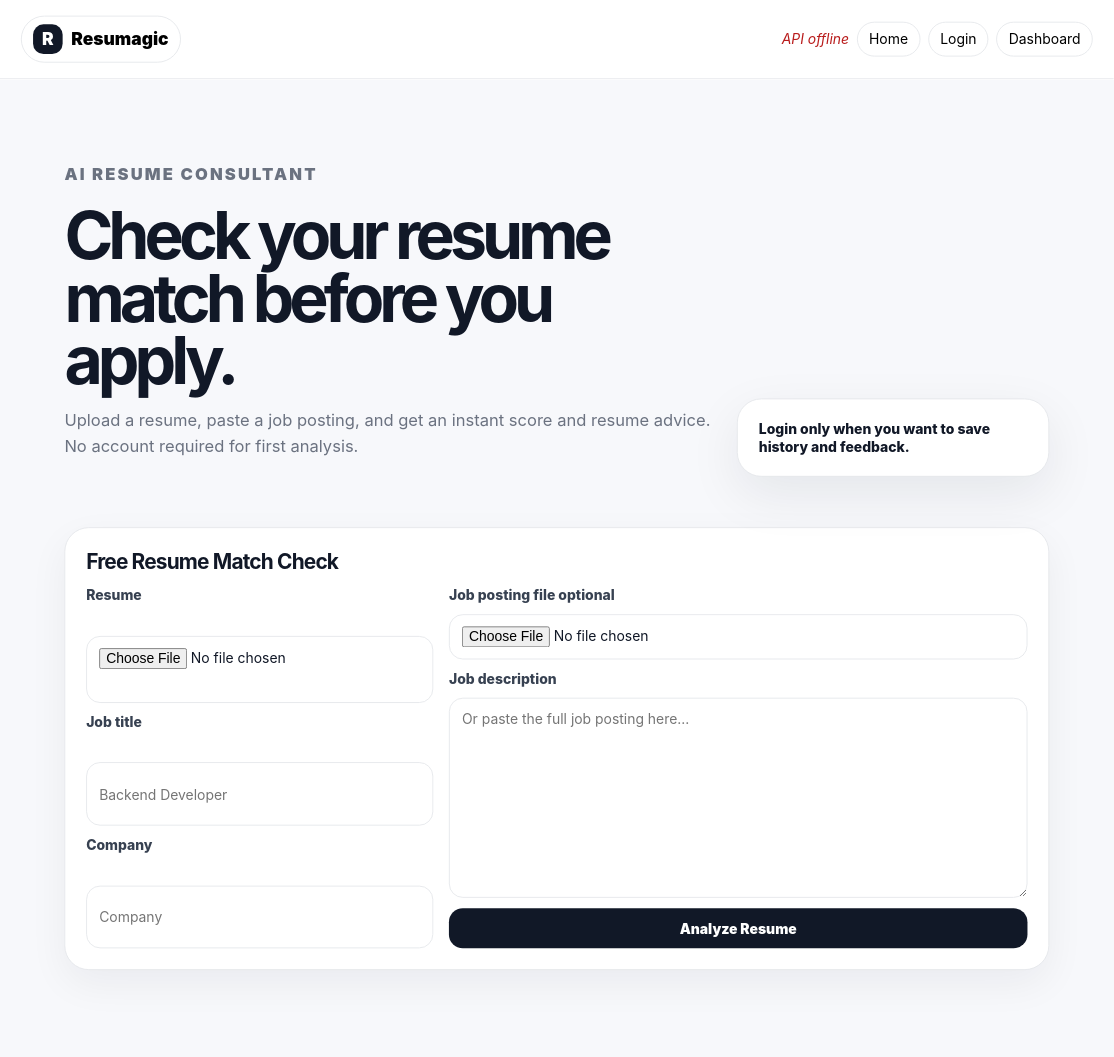
Repository: hkpark97/resume_builder
Page: / (app in frontend/)
The author's editor kept a copy of each file at every save. The page is drawn from the files as they stood at one save, then again after the next save.
The browser window is 1280 px wide. The pictures show the whole page, at 87% of full size.
The page's requests for data from a server got no answer. The project was rebuilt for these pictures with package versions that can differ from the ones it lists, and the page was loaded fresh each time. No one was signed in, and anything a server would have sent is missing.

Above is the page before, as saved 2026-05-05 15:09:03.

After the next save:
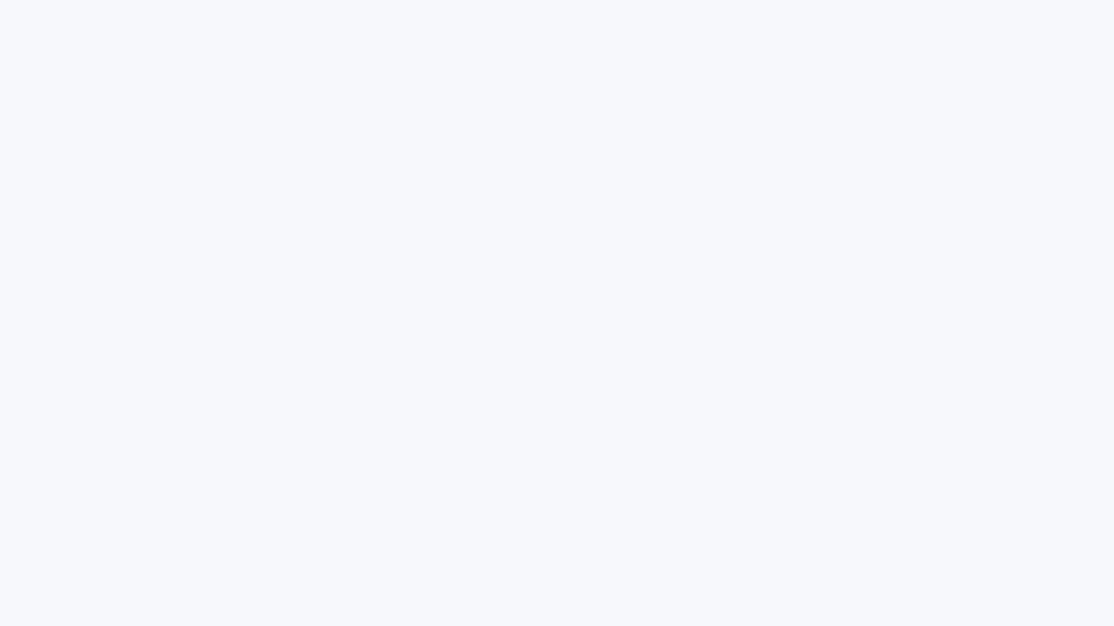
Console error: ReferenceError: res is not defined
Saved 25 s later.
--- a/frontend/src/main.jsx
+++ b/frontend/src/main.jsx
@@ -5,10 +5,10 @@
 
 function App() {
   const params = new URLSearchParams(window.location.search);
-  const resetTokemFromUrl = params.get("token");
+  const resetTokenFromUrl = params.get("token");
   const resetEmailFromUrl = params.get("email");
 
-  const [page, setPage] = useState("home");
+  const [page, setPage] = useState(res);
   const [token, setTokenState] = useState(getToken());
   const [user, setUser] = useState(null);
   const [status, setStatus] = useState("checking");

After the 3 saves that followed:
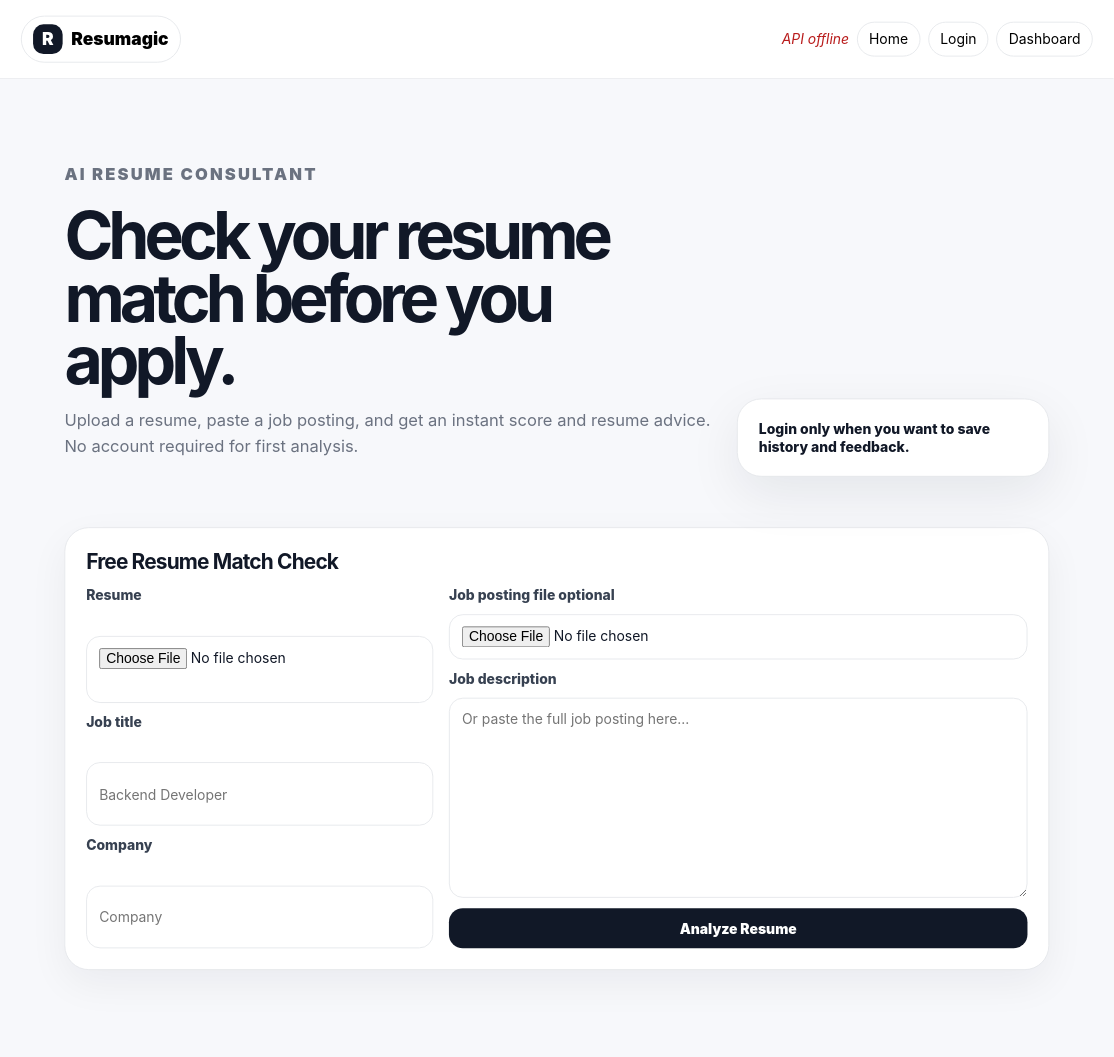
The error is gone.
The 3 saves are shown as one change because they came seconds apart.
The last was saved 33 s later.
--- a/frontend/src/main.jsx
+++ b/frontend/src/main.jsx
@@ -8,7 +8,7 @@
   const resetTokenFromUrl = params.get("token");
   const resetEmailFromUrl = params.get("email");
 
-  const [page, setPage] = useState(res);
+  const [page, setPage] = useState(resetTokenFromUrl && resetEmailFromUrl ? "reset-password" : "home",);
   const [token, setTokenState] = useState(getToken());
   const [user, setUser] = useState(null);
   const [status, setStatus] = useState("checking");
